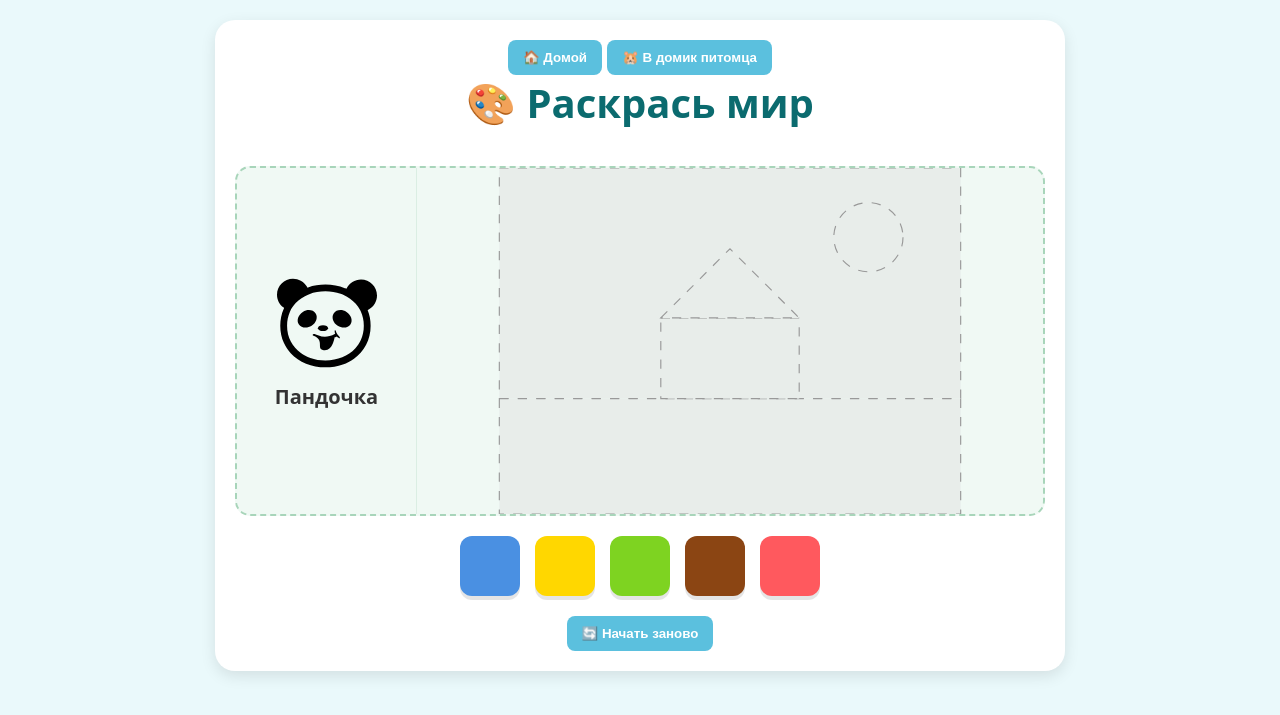
Repository: HOADF/kids-career-world
Page: games/artist/artist-game.html
The author's editor kept a copy of each file at every save. The page is drawn from the files as they stood at one save, then again after the next save.
The browser window is 1280 px wide. The pictures show the whole page.

Above is the page before, as saved 2026-03-10 12:51:29.

### games/artist/artist-game.html
<!DOCTYPE html>
<html lang="ru">
<head>
    <meta charset="UTF-8">
    <meta name="viewport" content="width=device-width, initial-scale=1.0">
    <title>Уровень 1 — Пандочка-художник</title>
    <link rel="stylesheet" href="../../style.css">
    <link rel="stylesheet" href="artist-style.css">
</head>
<body>

<div class="main-card">
    <div class="nav-buttons">
        <button class="btn-nav">🏠 Домой</button>
        <button class="btn-nav">🐹 В домик питомца</button>
    </div>

    <h1>🎨 Раскрась мир</h1>

    <div class="game-board">
        <div class="pet-side">
            <img src="../../pets/panda.svg" alt="Пандочка" class="pet-img">
            <p class="pet-name">Пандочка</p>
        </div>

        <div class="canvas-area">
            <svg viewBox="0 0 200 150" id="paint-svg">
                <rect id="sky" class="paint-area" data-correct="blue" x="0" y="0" width="200" height="100" />
                <rect id="ground" class="paint-area" data-correct="green" x="0" y="100" width="200" height="50" />
                <circle id="sun" class="paint-area" data-correct="yellow" cx="160" cy="30" r="15" />
                <rect id="house" class="paint-area" data-correct="brown" x="70" y="65" width="60" height="35" />
                <path id="roof" class="paint-area" data-correct="red" d="M70 65 L100 35 L130 65 Z" />
            </svg>
        </div>
    </div>

    <div class="palette">
        <div class="color-item" id="blue" data-color="blue" data-hex="#4A90E2" style="background-color: #4A90E2;"></div>
        <div class="color-item" id="yellow" data-color="yellow" data-hex="#FFD700" style="background-color: #FFD700;"></div>
        <div class="color-item" id="green" data-color="green" data-hex="#7ED321" style="background-color: #7ED321;"></div>
        <div class="color-item" id="brown" data-color="brown" data-hex="#8B4513" style="background-color: #8B4513;"></div>
        <div class="color-item" id="red" data-color="red" data-hex="#FF595E" style="background-color: #FF595E;"></div>
    </div>

    <div class="bottom-nav">
        <button onclick="location.reload()" class="btn-action">🔄 Начать заново</button>
    </div>
</div>

    <script src="artist-game.js"></script>
</body>
</html>

### style.css
/* ---------- Базовые стили ---------- */

:root {
  --color-bg: #eaf9fb;
  --color-accent: #ffb44a;
  --color-text: #023436;
  --color-subtle: #0b6b6f;
  --color-white: #ffffff;

  --transition-fast: 0.3s ease;
  --transition-slow: 0.6s ease;
}

* {
  box-sizing: border-box;
  margin: 0;
  padding: 0;
}

html, body {
  width: 100%;
  height: 100%;
  font-family: system-ui, "Segoe UI", Roboto, sans-serif;
  color: var(--color-text);
  background-color: var(--color-bg);
  overflow-x: hidden;
}

.hidden {
  display: none !important;
}

/* ---------- Фон ---------- */

.background-decor {
  position: fixed;
  top: 0;
  left: 0;
  width: 100%;
  height: 100%;
  background: linear-gradient(180deg, #eaf9fb 0%, #f8ffff 100%);
  z-index: -1;
}

/* ---------- Структура ---------- */

.page-root {
  display: flex;
  flex-direction: column;
  align-items: center;
  justify-content: center;
  padding: 2rem;
  min-height: 100vh;
}

.welcome-card,
.questions-card,
.result-card {
  background: var(--color-white);
  border-radius: 24px;
  box-shadow: 0 6px 20px rgba(0, 0, 0, 0.08);
  max-width: 900px;
  width: 100%;
  padding: 2rem 3rem;
  display: flex;
  flex-direction: column;
  justify-content: center;
  animation: fadeIn var(--transition-slow);
}

.welcome-inner {
  display: flex;
  align-items: center;
  gap: 2rem;
  flex-wrap: wrap;
  justify-content: center;
}

/* ---------- Пингвинёнок ---------- */

.pet-visual {
  flex: 0 0 180px;
  animation: breathe 4s ease-in-out infinite;
}

@keyframes breathe {
  0%, 100% { transform: translateY(0); }
  50% { transform: translateY(-4px); }
}

/* ---------- Текст и кнопки ---------- */

.welcome-text {
  flex: 1 1 400px;
  text-align: left;
}

h1, h2 {
  font-weight: 700;
  color: var(--color-subtle);
  margin-bottom: 1rem;
}

.lead {
  font-size: 1.1rem;
  line-height: 1.6;
  margin-bottom: 1.5rem;
}

.controls {
  display: flex;
  gap: 1rem;
  flex-wrap: wrap;
  margin-bottom: 1rem;
}

.btn-primary,
.btn-ghost {
  font-size: 1rem;
  border-radius: 12px;
  padding: 0.8rem 1.6rem;
  cursor: pointer;
  transition: all var(--transition-fast);
  border: none;
}

.btn-primary {
  background: var(--color-accent);
  color: var(--color-white);
}

.btn-primary:hover {
  background: #ff9f1a;
  transform: translateY(-2px);
}

.btn-ghost {
  background: transparent;
  color: var(--color-subtle);
  border: 2px solid var(--color-subtle);
}

.btn-ghost:hover {
  background: var(--color-subtle);
  color: var(--color-white);
  transform: translateY(-2px);
}

.small {
  padding: 0.5rem 1rem;
  font-size: 0.9rem;
}

.meta-note {
  font-size: 0.9rem;
  color: #555;
  opacity: 0.8;
}

/* ---------- Опрос ---------- */

.questions-inner {
  display: flex;
  flex-direction: column;
  align-items: center;
  gap: 1rem;
}

.progress {
  font-size: 0.95rem;
  color: #666;
}

.question-title {
  font-size: 1.2rem;
  text-align: center;
  margin-bottom: 1rem;
}

.answers {
  display: flex;
  flex-direction: column;
  gap: 0.8rem;
  width: 100%;
  max-width: 600px;
}

.answers button {
  background: var(--color-bg);
  border: 2px solid transparent;
  border-radius: 12px;
  padding: 0.8rem 1.2rem;
  text-align: left;
  transition: all var(--transition-fast);
  font-size: 1rem;
}

.answers button:hover {
  border-color: var(--color-accent);
  background: #fff8f0;
  transform: translateY(-1px);
}

.answers button.selected {
  border-color: var(--color-accent);
  background: #fff1de;
}

.nav-row {
  display: flex;
  justify-content: space-between;
  width: 100%;
  max-width: 600px;
  margin-top: 1rem;
}

/* ---------- Результат ---------- */

.result-inner {
  display: flex;
  flex-direction: column;
  align-items: center;
  text-align: center;
  gap: 1rem;
}

.result-pet {
  margin-top: 1rem;
  font-size: 1.1rem;
}

.result-games {
  font-size: 1rem;
  color: #333;
}

.result-controls {
  display: flex;
  gap: 1rem;
  margin-top: 1rem;
}

/* ---------- Анимации ---------- */

@keyframes fadeIn {
  from { opacity: 0; transform: translateY(20px); }
  to { opacity: 1; transform: translateY(0); }
}

/* ---------- Адаптивность ---------- */

@media (max-width: 700px) {
  .welcome-card {
    padding: 1.5rem;
  }
  .welcome-inner {
    flex-direction: column;
    text-align: center;
  }
  .controls {
    justify-content: center;
  }
}
/* ========================== */
/* 📱 АДАПТИВНОСТЬ ПОД УСТРОЙСТВА */
/* ========================== */

/* --- Маленькие телефоны (до 480px) --- */
@media (max-width: 480px) {
  body {
    font-size: 14px;
    padding: 0.5rem;
  }

  .welcome-card,
  .questions-card,
  .result-card {
    padding: 1rem;
    border-radius: 1rem;
  }

  .welcome-card h1 {
    font-size: 1.4rem;
    line-height: 1.4;
  }

  .welcome-text p {
    font-size: 0.95rem;
  }

  .controls {
    flex-direction: column;
    gap: 0.75rem;
  }

  button {
    width: 100%;
    font-size: 1rem;
    padding: 0.8rem;
  }

  .pet-visual {
    width: 120px;
    height: 120px;
  }
}

/* --- Средние экраны: планшеты (481px–768px) --- */
@media (min-width: 481px) and (max-width: 768px) {
  body {
    font-size: 16px;
    padding: 1rem;
  }

  .welcome-card,
  .questions-card,
  .result-card {
    padding: 1.5rem;
  }

  .welcome-card h1 {
    font-size: 1.8rem;
  }

  .welcome-text p {
    font-size: 1rem;
  }

  button {
    font-size: 1rem;
    padding: 0.9rem 1.2rem;
  }

  .pet-visual {
    width: 150px;
    height: 150px;
  }
}

/* --- Ноутбуки и большие экраны (769px–1200px) --- */
@media (min-width: 769px) and (max-width: 1200px) {
  body {
    font-size: 18px;
    padding: 1.5rem;
  }

  .welcome-card,
  .questions-card,
  .result-card {
    padding: 2rem;
  }

  .welcome-card h1 {
    font-size: 2rem;
  }

  .pet-visual {
    width: 180px;
    height: 180px;
  }
}

/* --- Очень большие экраны (1200px+) --- */
@media (min-width: 1201px) {
  body {
    font-size: 20px;
    max-width: 960px;
    margin: 0 auto;
  }

  .welcome-card,
  .questions-card,
  .result-card {
    border-radius: 2rem;
  }

  .pet-visual {
    width: 200px;
    height: 200px;
  }
}

### games/artist/artist-style.css
/* Вся страница */
.main-card {
    max-width: 850px;
    margin: 20px auto;
    padding: 20px;
    background: white;
    border-radius: 20px;
    box-shadow: 0 5px 15px rgba(0,0,0,0.1);
    display: flex;
    flex-direction: column;
    align-items: center;
}

/* Рамка игры */
.game-board {
    display: flex;
    flex-direction: row; /* Панда и рисунок в ряд */
    width: 100%;
    height: 350px;
    background: #f0f9f4;
    border: 2px dashed #a8d5ba;
    border-radius: 15px;
    margin: 20px 0;
    overflow: hidden;
}

/* Секция с Пандочкой */
.pet-side {
    width: 180px;
    display: flex;
    flex-direction: column;
    justify-content: center;
    align-items: center;
    border-right: 1px solid rgba(168, 213, 186, 0.3);
}

.pet-img {
    width: 100px;
    height: 100px;
}

.pet-name {
    font-weight: bold;
    color: #333;
    margin-top: 10px;
}

/* Секция с рисунком */
.canvas-area {
    flex: 1; /* Занимает все оставшееся место */
    display: flex;
    justify-content: center;
    align-items: center;
}

#paint-svg {
    width: 100%;
    height: 100%;
}

/* Фигуры для раскраски */
.paint-area {
    fill: #e8edea; /* Цвет до закраски */
    stroke: #999;
    stroke-width: 0.5;
    stroke-dasharray: 4; /* Пунктир */
    cursor: pointer;
    transition: fill 0.3s;
}

/* Исчезновение пунктира после покраски */
.paint-area[style*="fill"] {
    stroke: none;
}

/* Палитра внизу */
.palette {
    display: flex;
    gap: 15px;
    margin-bottom: 20px;
}

.color-item {
    width: 60px;
    height: 60px;
    border-radius: 12px;
    cursor: pointer;
    transition: transform 0.2s;
    box-shadow: 0 4px 0 rgba(0,0,0,0.1);
}

.color-item:active {
    transform: translateY(2px);
    box-shadow: none;
}

/* Кнопки */
.btn-nav, .btn-action {
    background: #5bc0de;
    color: white;
    border: none;
    padding: 10px 15px;
    border-radius: 8px;
    font-weight: bold;
    cursor: pointer;
}

### games/artist/artist-game.js
document.addEventListener('DOMContentLoaded', () => {
    let selectedColor = null;
    let selectedHex = null;
    let selectedId = null;

    const bubble = document.getElementById('speech-bubble');
    const colorItems = document.querySelectorAll('.color-item');
    const areas = document.querySelectorAll('.paint-area');
    const finishBtn = document.getElementById('finish-btn');

    function pandaSay(text) {
        bubble.innerText = text;
        bubble.classList.remove('hidden');
        setTimeout(() => bubble.classList.add('hidden'), 3000);
    }

    colorItems.forEach(item => {
        item.addEventListener('click', () => {
            colorItems.forEach(i => i.classList.remove('selected'));
            selectedColor = item.getAttribute('data-color');
            selectedHex = item.getAttribute('data-hex');
            selectedId = item.id;
            item.classList.add('selected');
        });
    });

    areas.forEach(area => {
        area.addEventListener('click', () => {
            if (!selectedColor) {
                pandaSay("Выбери краску внизу! 🎨");
                return;
            }

            const correct = area.getAttribute('data-correct');
            const areaName = area.getAttribute('data-name');

            if (selectedColor === correct) {
                // ПРАВИЛЬНО
                area.style.fill = selectedHex;
                area.style.strokeDasharray = "0";
                area.style.stroke = "none";

                document.getElementById(selectedId).classList.add('used');
                selectedColor = null;

                pandaSay("Красота! Идём дальше?");
                checkWin();
            } else {
                // ОШИБКА
                pandaSay(`${areaName} не бывает такого цвета...`);
                // Эффект тряски для объекта
                area.style.fill = "#ffcccc";
                setTimeout(() => area.style.fill = "#e8edea", 400);
            }
        });
    });

    function checkWin() {
        const remaining = document.querySelectorAll('.color-item:not(.used)');
        if (remaining.length === 0) {
            finishBtn.classList.remove('hidden');
            pandaSay("Ура! Мы нарисовали шедевр! 🐼✨");
        }
    }
});

After the next save:
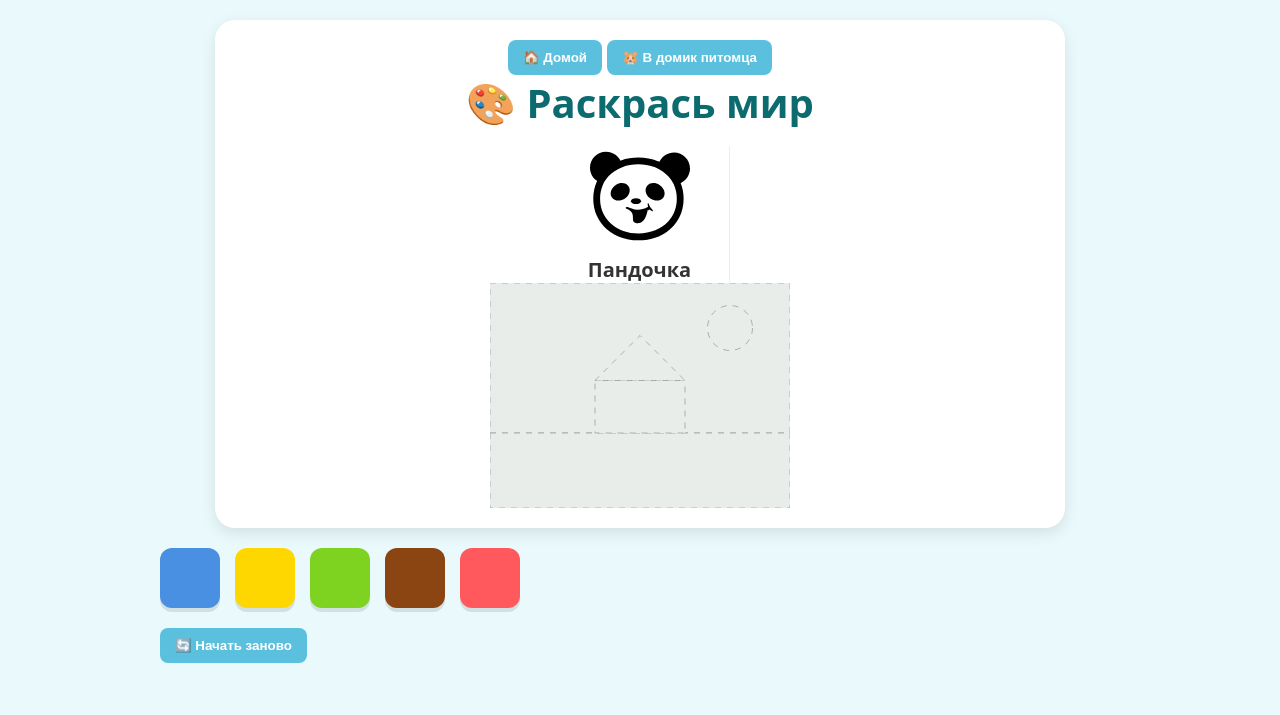
Saved 3 min 2 s later.
--- a/games/artist/artist-game.html
+++ b/games/artist/artist-game.html
@@ -17,11 +17,11 @@
 
     <h1>🎨 Раскрась мир</h1>
 
-    <div class="game-board">
-        <div class="pet-side">
-            <img src="../../pets/panda.svg" alt="Пандочка" class="pet-img">
-            <p class="pet-name">Пандочка</p>
-        </div>
+      <div class="pet-side">
+       <div id="speech-bubble" class="bubble hidden"></div>
+       <img src="../../pets/panda.svg" alt="Panda" class="pet-img">
+       <p class="pet-name">Пандочка</p>
+      </div>
 
         <div class="canvas-area">
             <svg viewBox="0 0 200 150" id="paint-svg">

After the save that followed:
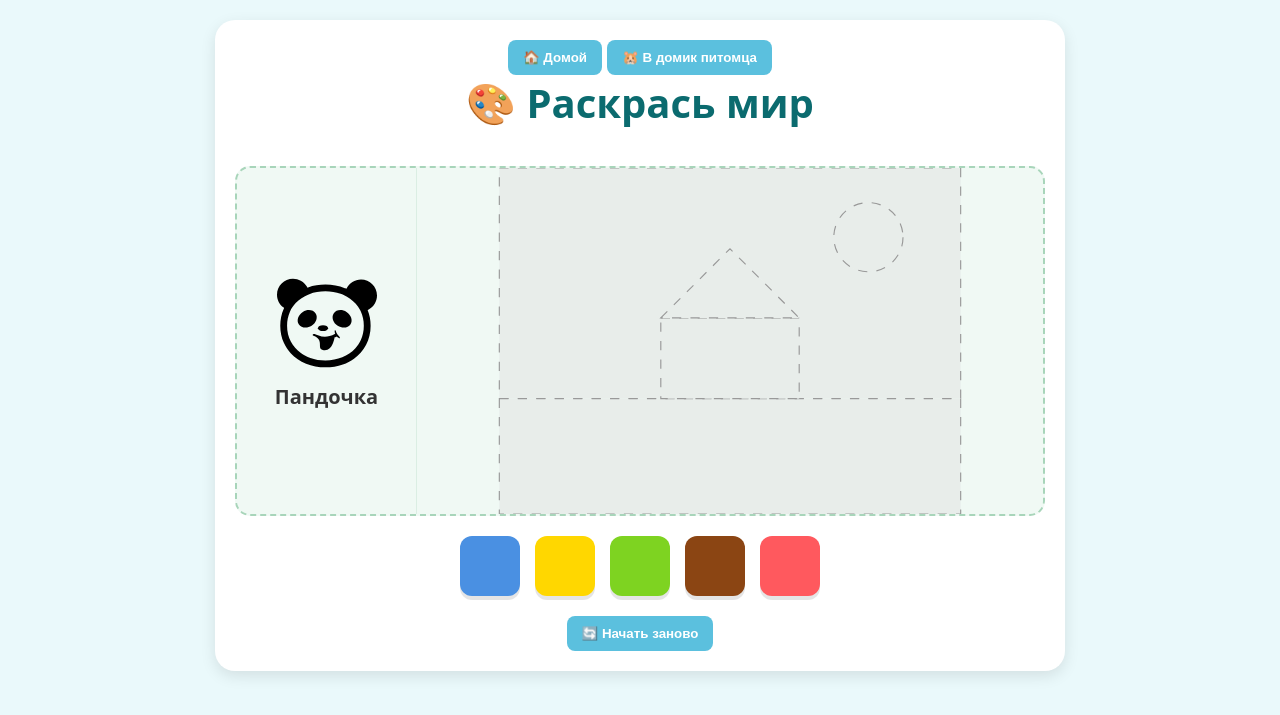
Saved 2 min 19 s later.
--- a/games/artist/artist-game.html
+++ b/games/artist/artist-game.html
@@ -17,19 +17,20 @@
 
     <h1>🎨 Раскрась мир</h1>
 
-      <div class="pet-side">
-       <div id="speech-bubble" class="bubble hidden"></div>
-       <img src="../../pets/panda.svg" alt="Panda" class="pet-img">
-       <p class="pet-name">Пандочка</p>
-      </div>
+    <div class="game-board">
+        <div class="pet-side">
+            <div id="speech-bubble" class="bubble hidden"></div>
+            <img src="../../pets/panda.svg" alt="Panda" class="pet-img">
+            <p class="pet-name">Пандочка</p>
+        </div>
 
         <div class="canvas-area">
             <svg viewBox="0 0 200 150" id="paint-svg">
-                <rect id="sky" class="paint-area" data-correct="blue" x="0" y="0" width="200" height="100" />
-                <rect id="ground" class="paint-area" data-correct="green" x="0" y="100" width="200" height="50" />
-                <circle id="sun" class="paint-area" data-correct="yellow" cx="160" cy="30" r="15" />
-                <rect id="house" class="paint-area" data-correct="brown" x="70" y="65" width="60" height="35" />
-                <path id="roof" class="paint-area" data-correct="red" d="M70 65 L100 35 L130 65 Z" />
+                <rect id="sky" class="paint-area" data-correct="blue" data-name="Небо" x="0" y="0" width="200" height="100" />
+                <rect id="ground" class="paint-area" data-correct="green" data-name="Травка" x="0" y="100" width="200" height="50" />
+                <circle id="sun" class="paint-area" data-correct="yellow" data-name="Солнышко" cx="160" cy="30" r="15" />
+                <rect id="house" class="paint-area" data-correct="brown" data-name="Стены" x="70" y="65" width="60" height="35" />
+                <path id="roof" class="paint-area" data-correct="red" data-name="Крыша" d="M70 65 L100 35 L130 65 Z" />
             </svg>
         </div>
     </div>
@@ -44,9 +45,10 @@
 
     <div class="bottom-nav">
         <button onclick="location.reload()" class="btn-action">🔄 Начать заново</button>
+        <button id="finish-btn" class="btn-action hidden">🏠 На главную</button>
     </div>
 </div>
 
-    <script src="artist-game.js"></script>
+<script src="artist-game.js"></script>
 </body>
 </html>
